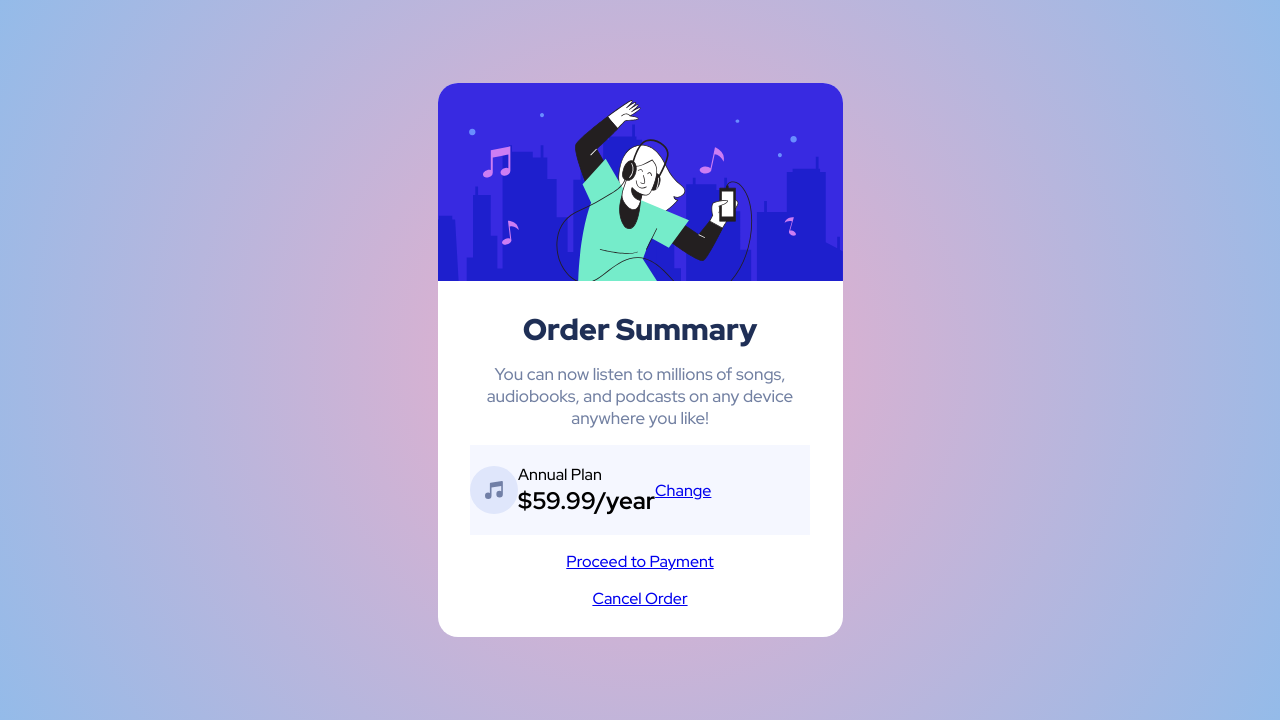
Repository: KamoliddinGIT/order-summary-card
Page: index.html
The author's editor kept a copy of each file at every save. The page is drawn from the files as they stood at one save, then again after the next save.
The browser window is 1280 px wide. The pictures show the whole page.

Above is the page before, as saved 2023-09-13 10:55:14.

### index.html
<!DOCTYPE html>
<html lang="en">
  <head>
    <meta charset="UTF-8" />
    <meta name="viewport" content="width=device-width, initial-scale=1.0" />
    <link
      rel="icon"
      type="image/png"
      sizes="32x32"
      href="./images/favicon-32x32.png"
    />
    <link
      href="https://fonts.googleapis.com/css2?family=Red+Hat+Display:wght@500;700;900&display=swap"
      rel="stylesheet"
    />
    <link rel="stylesheet" href="./css/style.css" />
    <title>Order summary card</title>
  </head>
  <body>
    <div class="container">
      <img
        class="illustration"
        src="./images/illustration-hero.svg"
        alt="img"
      />
      <div class="items">
        <h1>Order Summary</h1>
        <p>
          You can now listen to millions of songs, audiobooks, and podcasts on
          any device anywhere you like!
        </p>
        <div class="item__payment">
          <img src="./images/icon-music.svg" alt="music" />
          <div>
            <span>Annual Plan </span>
            <h2>$59.99/year</h2>
          </div>
          <a href="#">Change</a>
        </div>
        <a href="#">Proceed to Payment</a>
        <a href="#">Cancel Order</a>
      </div>
    </div>
  </body>
</html>

### css/style.css
* {
  margin: 0;
  padding: 0;
  box-sizing: border-box;
}

body {
  width: 100%;
  height: 100vh;
  display: flex;
  justify-content: center;
  align-items: center;
  background: rgb(238, 174, 202);
  background: radial-gradient(
    circle,
    rgba(238, 174, 202, 1) 0%,
    rgba(148, 187, 233, 1) 100%
  );
  font-family: "Red Hat Display", sans-serif;
}

.container {
  display: flex;
  flex-direction: column;
  align-items: center;
  width: 405px;
  height: 554px;
  border-radius: 20px;
  background: #fff;
}

.illustration {
  width: 100%;
  border-radius: 20px 20px 0 0;
}

.items {
  width: 100%;
  display: flex;
  gap: 1rem;
  flex-direction: column;
  align-items: center;
  padding: 30px;
}

.items h1 {
  font-size: 1.875rem;
  line-height: 2.25rem;
  font-weight: 900;
  color: #1f2f56;
}

.items p {
  text-align: center;
  color: #7280a2;
  font-size: 17px;
}

.item__payment {
  width: 340px;
  height: 90px;
  align-items: center;
  background-color: #f5f7ff;
  display: flex;
}

After the next save:
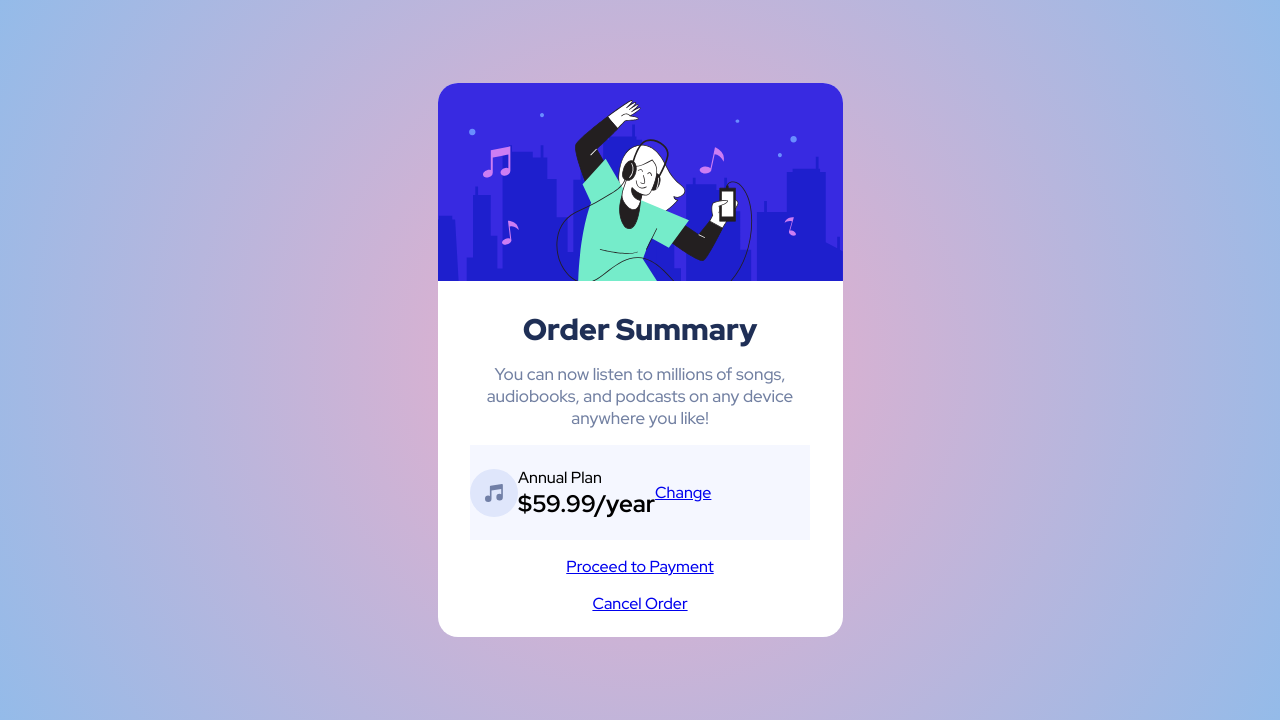
Saved 4 s later.
--- a/css/style.css
+++ b/css/style.css
@@ -58,7 +58,7 @@
 
 .item__payment {
   width: 340px;
-  height: 90px;
+  height: 95px;
   align-items: center;
   background-color: #f5f7ff;
   display: flex;
